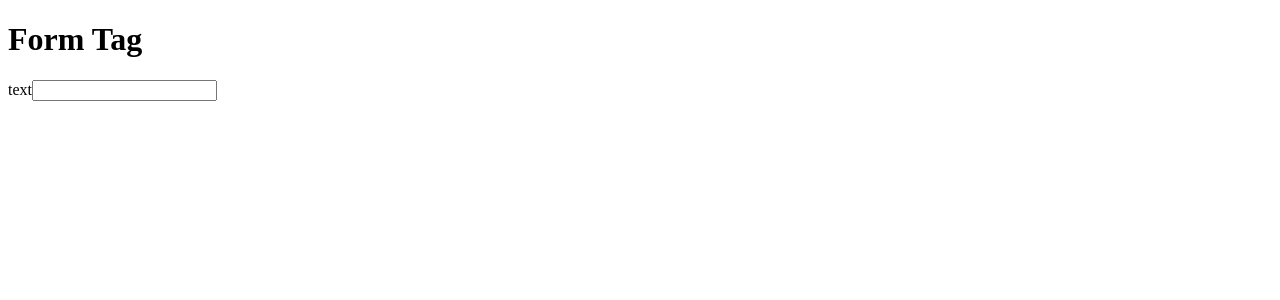
Repository: Scoobi-wisdoom/web
Page: d01/web/a6.html
These files come from the project's save history. The page is drawn as it stood at one moment and after the next save; the edit follows.
The browser window is 1280 px wide. The pictures show the whole page.

Above is the page before, as saved 2020-08-05 06:37:47.

After the next save:
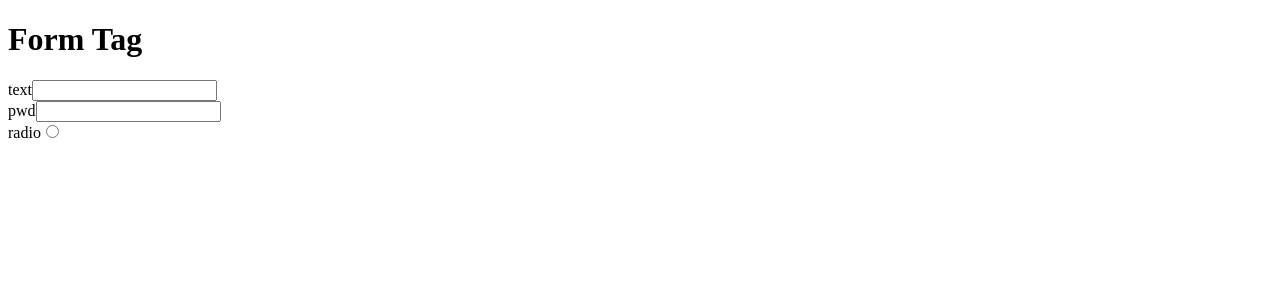
Saved 72 s later.
--- a/d01/web/a6.html
+++ b/d01/web/a6.html
@@ -7,7 +7,9 @@
 <body>
 <h1>Form Tag</h1>
 <form>
-text<input type="text" name="" >
+text<input type="text" name="t1"><br>
+pwd<input type="password" name="p12"><br>
+radio<input type="radio" name="r1"><br>
 </form>
 </body>
 </html>
